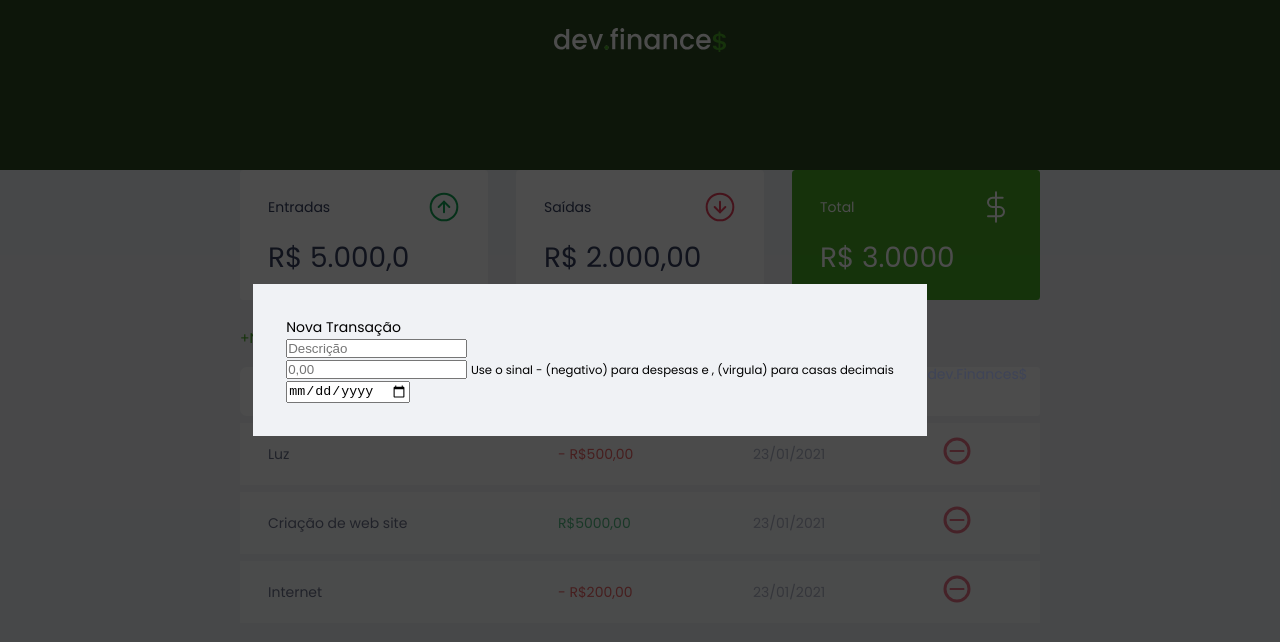
Repository: rafaelmgr12/maratona-dev01
Page: index.html
These files come from the project's save history. The page is drawn as it stood at one moment and after the next save; the edit follows.
The browser window is 1280 px wide. The pictures show the whole page.

Above is the page before, as saved 2021-04-28 12:22:02.

### index.html
<!DOCTYPE html>
<html lang="pt-br">
  <head>
    <meta charset="UTF-8" />
    <meta http-equiv="X-UA-Compatible" content="IE=edge" />
    <meta name="viewport" content="width=device-width, initial-scale=1.0" />
    <title>Rafael-app.finance$</title>
    <link rel="stylesheet" href="style.css" />
    <link rel="preconnect" href="https://fonts.gstatic.com" />
    <link
      href="https://fonts.googleapis.com/css2?family=Poppins:ital,wght@0,100;0,400;0,700;1,100;1,400;1,700&display=swap"
      rel="stylesheet"
    />
  </head>
  <body>
    <header>
      <img src="./assets/logo.svg" alt="Logo dev.Finance" />
    </header>
    <main class="container">
      <section id="balance">
        <h2 class="sr-only">Balanço</h2>

        <div class="card">
          <h3>
            <span>Entradas </span>
            <img src="./assets/income.svg" alt="Imagem de entradas" />
          </h3>
          <p>R$ 5.000,0</p>
        </div>
        <div class="card">
          <h3>
            <span>Saídas</span>
            <img src="./assets/expense.svg" alt="Image de saídas" />
          </h3>
          <p>R$ 2.000,00</p>
        </div>
        <div class="card total">
          <h3>
            <span>Total</span>
            <img src="./assets/total.svg" alt="Image de total" />
          </h3>
          <p>R$ 3.0000</p>
        </div>
      </section>
      <section id="transaction">
        <h2 class="sr-only">Transações</h2>

        <a href="#" class="button new">+Nova Transação</a>

        <table id="data-table">
          <thead>
            <tr>
              <th>Descrição</th>
              <th>Valor</th>
              <th>Data</th>
              <th></th>
            </tr>
          </thead>
          <tbody>
            <tr>
              <td class="description">Luz</td>
              <td class="expense">- R$500,00</td>
              <td class="date">23/01/2021</td>
              <td><img src="./assets/minus.svg" alt="Retirar Transação" /></td>
            </tr>
            <tr>
              <td class="description">Criação de web site</td>
              <td class="income">R$5000,00</td>
              <td class="date">23/01/2021</td>
              <td><img src="./assets/minus.svg" alt="Retirar Transação" /></td>
            </tr>
            <tr>
              <td class="description">Internet</td>
              <td class="expense">- R$200,00</td>
              <td class="date">23/01/2021</td>
              <td><img src="./assets/minus.svg" alt="Retirar Transação" /></td>
            </tr>
          </tbody>
        </table>
      </section>
    </main>
    <div class="modal-overlay active">
      <div class="modal">
        Nova Transação
        <form action="">
          <div class="input-group">
            <label class="sr-only" for="description"> Descrição </label>
            <input
              type="text"
              id="description"
              name="description"
              placeholder="Descrição"
            />
          </div>
          <div class="input-group">
            <label class="sr-only" for="amount"> Valor </label>
            <input
              type="number"
              step="0.01"
              id="amount"
              name="amount"
              placeholder="0,00"
            />
            <small class="help">
              Use o sinal - (negativo) para despesas e , (virgula) para casas
              decimais
            </small>
            <div class="input-group">
              <label class="sr-only" for="date"> Data </label>
              <input
                type="date"
                step="0.01"
                id="date"
                name="date"
              />
          </div>
        </form>
      </div>
    </div>
    <footer>dev.Finances$</footer>
  </body>
</html>

### style.css
/* Global ======================================== */
:root {
  --dark-blue: #363f5f;
}
* {
  margin: 0;
  padding: 0;
  box-sizing: border-box;
}

html{
  font-size: 93.75%; /* 15px */
}

body {
  background: #f0f2f5;
  font-family: "Poppins", sans-serif;
}
/*Tricks para sumir elementos da tela, mantendo a funcionalidade de um screenreader*/
.sr-only{
  position: absolute;
  width: 1px;
  height: 1px;
  padding: 0;
  margin: -1px;
  overflow: hidden;
  clip: rect(0,0,0,0);
  white-space: nowrap;
  border-width: 0;

}
.container {
  width: min(90vw, 800px);
  margin: auto;
}
/* Titles ======================================== */
h2 {
  margin-top: 3.2rem;
  margin-bottom: 0.8rem;
  color: var(--dark-blue);

  font-weight: normal;
}
/* Links and Buttons ======================================== */
a{
  color: #49aa26;
  text-decoration: none;
}

a:hover {
  color: #3dd705;
}

.button.new{
  display: inline-block;
  margin-bottom: .8rem;

}


/* Header ======================================== */
header {
  background: #2d4a22;
  padding: 2rem 0 8rem;
  text-align: center;
}

#logo {
  color: #fff;
  font-weight: 100;
}

/* Balance ======================================== */
balance {
  margin-top: -8rem;
}

balance h2 {
  color: white;
  margin-top: 0;
}

/* Cards ======================================== */

.card {
  background : white;
  padding: 1.5rem 2rem;
  border-radius: 0.25rem;

  margin-bottom: 2rem;

  color: var(--dark-blue);
}

.card h3 {
  font-weight: normal;
  font-size: 1rem;
  display : flex;
  align-items: center;
  justify-content: space-between;
}

.card p {
  font-size: 2rem;
  line-height: 3rem;

  margin-top: 1rem;
}

.card.total {
  background: #49aa26;
  color: white;
}
/* Table  ======================================== */
#transaction {
  display: block;
  width: 100%;
  overflow-x: auto;
}
#data-table {

  width: 100%;
  border-spacing: 0 0.5rem;
  color: #969cb3;

  overflow-x: auto; /*Para lidar com transbordamento do container*/
}
table thead tr th:first-child,
table thead tr td:first-child
{
  border-radius: 0.5rem 0 0 0.5rem;
}

table thead tr th:last-child,
table thead tr td:last-child {
  border-radius: 0 0.25rem 0.25rem 0 ;

}

table thead th {
  background: white;

  font-weight: normal;
  padding: 1rem 2rem;
  text-align: left;
}
table tbody tr {
  opacity: 0.7;
}
table tr:hover {
  opacity: 1;
}
table tbody td {
  background: white;
  padding: 1rem 2rem;
}

td.description {
  color: var(--dark-blue);
}

td.income {
  color: #12a454;
}
td.expense {
    color : #e92929;
}
/* Modal ======================================== */
.modal-overlay{
  width: 100%;
  height: 100%;

  background-color: rgb(0,0,0,0.7);
  position: fixed;
  top: 0;

  display:flex;
  align-items: center;
  justify-content: center;

  opacity: 0;
  visibility: hidden
}
.modal-overlay.active {
  opacity: 1;
  visibility : visible;
}
.modal{
  background : #f0f2f5;
  padding : 2.4rem;
  position: relative;
}


/* footer ======================================== */
footer {
  text-align: center;
  padding : 4rem 0 2rem;
  color: var(--dark-blue);

  opacity : 0.6;
}
/* Responsive ======================================== */

@media(min-width: 800px){
  html{
    font-size: 87.5%;

  }
  #balance{
    display: grid;
    grid-template-columns: repeat(3,1fr);
    gap: 2rem;

  }
}

After the next save:
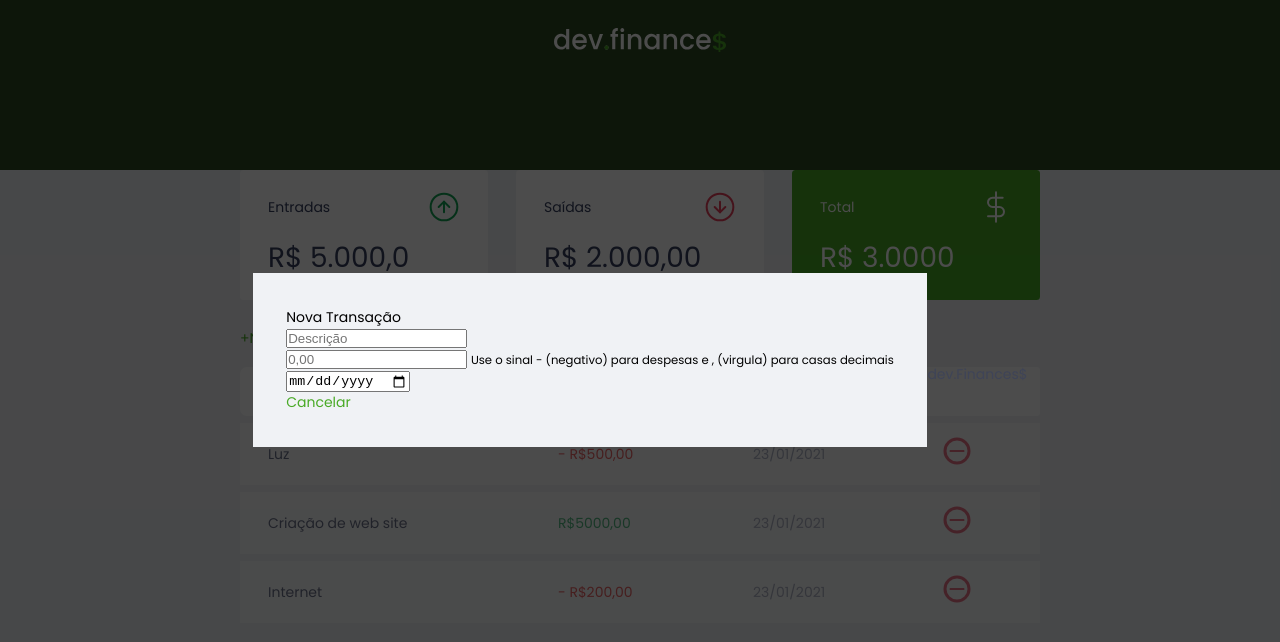
Saved 90 s later.
--- a/index.html
+++ b/index.html
@@ -114,6 +114,9 @@
                 name="date"
               />
           </div>
+          <div class="input-group actions">
+            <a href="#" class="button cancel"> Cancelar</a>
+          </div>
         </form>
       </div>
     </div>
